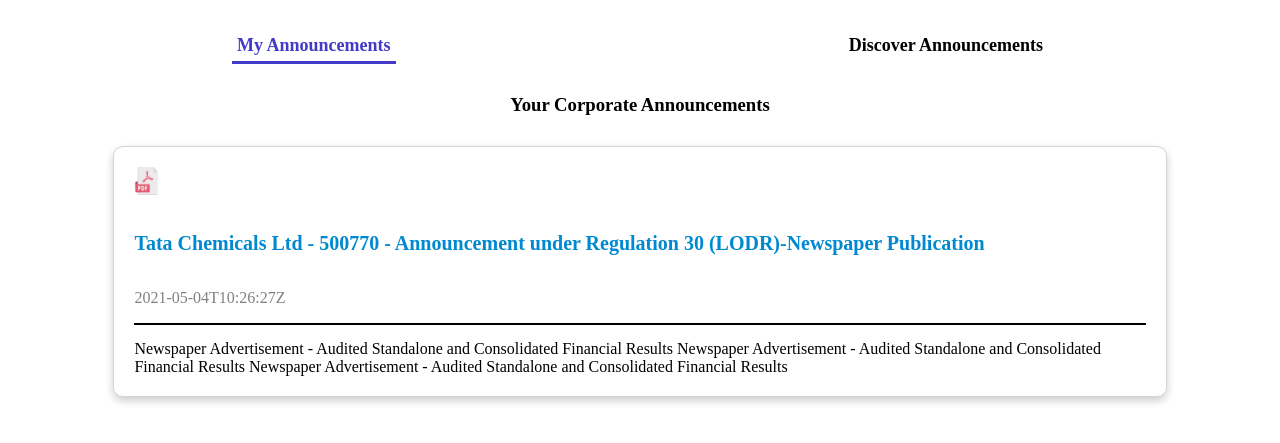
Repository: bhumikagohil/announcements
Page: announcements_tabs/index.html
An editor plug-in stored every save of this project. The page is shown before and after the next save, followed by the edit.
The browser window is 1280 px wide. The pictures show the whole page.
The page's requests for data from a server got no answer.

Above is the page before, as saved 2021-05-13 14:12:14.

### announcements_tabs/index.html
<!DOCTYPE html>
<html lang="en">

<head>
    <meta charset="UTF-8">
    <meta name="viewport" content="width=device-width, initial-scale=1.0">
    <meta http-equiv="X-UA-Compatible" content="ie=edge">
    <link href="style.css" rel="stylesheet">

    <title>Corporate Announcements</title>
</head>
<script src="https://ajax.googleapis.com/ajax/libs/jquery/3.5.1/jquery.min.js"></script>

<script src="script.js" defer></script>

<body>

    <div class="container">
        <ul class="tabs">
            <li data-tab-target="#my-announcements" class="active tab">My Announcements</li>
            <li data-tab-target="#discover-announcements" class="tab" id="discover-tab">Discover Announcements</li>
        </ul>

        <div class="tab-content">
            <div id="my-announcements" data-tab-content class="active">
                <div class="container">
                    <h3 class="heading">Your Corporate Announcements</h3>
                </div>

                <div class="container" id="announcements-cards-container">
                    <div class="announcements-card" id=${item.news_id} style="    padding: 20px 20px;
                    box-shadow: 0 4px 8px 0 rgb(0 0 0 / 20%);
                    border: 1px solid #d3d3d3;
                    border-radius: 10px;
                    margin: auto;
                    margin-bottom: 10px;">

<a href="https://www.bseindia.com/xml-data/corpfiling/AttachLive/5c736c63-80a0-444f-b9a3-3539fa573147.pdf" style="text-decoration: none;">
    <img src="pdf.png" alt="Link" width="25" height="28">
    <h5 class="title" style="    font-size: 1.25rem; ">

                            Tata Chemicals Ltd - 500770 - Announcement under Regulation 30 (LODR)-Newspaper Publication
                        </h5>
                    </a>
                        <p class="time">
                            2021-05-04T10:26:27Z
                        </p>
                        <hr />
                        <div class="summary">
                            Newspaper Advertisement - Audited Standalone and Consolidated Financial Results
                            Newspaper Advertisement - Audited Standalone and Consolidated Financial Results
                            Newspaper Advertisement - Audited Standalone and Consolidated Financial Results

                        </div>
                    </div>
                </div>

            </div>
            <div id="discover-announcements" data-tab-content>
                <!-- Heading -->
                <div class="container">
                    <h3 class="heading">Discover Corporate Announcements</h3>
                </div>
                <!-- Autocomplete Bar -->
                <div class="container">
                    <form autocomplete="off" class="form">
                        <input id="input-field" placeholder="Search companies" type="text">
                        <ul class="autocomplete"></ul>
                    </form>
                </div>
                <!-- Cards Section -->
                <div class="container cards-container" id="discover-cards-container">
                </div>
            </div>

        </div>
    </div>

</body>

</html>

### announcements_tabs/style.css
[data-tab-content] {
  display: none;
}

.active[data-tab-content] {
  display: block;
}

.tabs {
  display: flex;
  justify-content: space-around;
  list-style-type: none;
  margin: 0;
  padding: 0;
}

.tab {
  cursor: pointer;
  padding: 5px;
  font-size: large;
  font-weight: bold;
}


.tab.active {
  color: #443ac8;
  border-bottom: 3px solid #443ac8;
}

.tab:hover {
  color: #443ac8;
}

/* Media Queries */
@media only screen and (max-width: 768px) {
  .tab {
    font-size: 10px;
  }
  .tab.active {
    border-bottom: 2px solid #443ac8;
  }
}

.container {
  width: 100%;
  margin: 30px auto;
}

.heading {
  text-align: center;
}

/*  ANNOUNCEMENTS */

.title {
  color: #0089d0;
}

.announcements-card {
  padding: 20px 20px;
  box-shadow: 0 4px 8px 0 rgba(0, 0, 0, 0.2);
  width: 80%;
  border: 1px solid #d3d3d3;
  border-radius: 10px;
  margin: auto;

  margin-bottom: 10px;
}

.announcements-card:hover {
  box-shadow: 0 8px 16px 0 rgba(0, 0, 0, 0.2);
}

hr {
  display: block;
  border: none;
  height: 2px;
  background-color: #000;
}

.time {
  /* font-size: 14px; */
  color: #858080;
}

.summary {
  overflow-x: auto;
  margin-top: 15px;
  /* font-size: 16px; */
}

/* DISCOVER ANNOUNCEMENTS */

/* Input Bar */
.form {
  width: 100%;
}

#input-field {
  position: absolute;
  width: 80%;
  /* height: 35px; */
  border-right: none;
  padding: 10px;
  border-radius: 4px;
  border: 1px solid #aab7ca;
}

input[type="text" i] {
  font-size: 14px;
}

/* Autocomplete Bar */
.autocomplete {
  width: 100%;
  position: absolute;
  background: #fff;
  list-style-type: none;
  margin-top: 48px;
  padding-left: 0;
  /* margin-left: auto; */
  z-index: 10;
}

.autocomplete-items {
  display: flex;
  padding: 0px 10px;
  cursor: pointer;
  border: 1px solid #d4d4d4;
  border-top: none;
}

.autocomplete-items:hover {
  background-color: #e9e9e9;
}

.autocomplete-title {
  margin-right: 20px;
  font-size: 14px;
}

.add-button {
  width: 50px;
  height: 26px;
  text-align: center;
  cursor: pointer;
  color: #fff;
  background-color: #4caf50;
  margin: auto 0 auto auto;
  border: none;
}

/* Card  */

.cards-container {
  margin-top: 80px;
  z-index: 1;
}
.discover-card {
  padding: 2% 4%;
  box-shadow: 0 4px 8px 0 rgba(0, 0, 0, 0.2);
  border: 1px solid #d3d3d3;
  border-radius: 5px;
  margin: auto;
  margin-bottom: 10px;
  display: flex;
  flex-direction: row;
  justify-content: space-between;
  align-items: center;
}

.status-button {
  position: relative;
  border: none;
  color: white;
  padding: 5px 10px;
  height: 30px;
  width: 70px;
  text-align: center;
  text-decoration: none;
  display: inline-block;
  font-size: 12px;
  cursor: pointer;
  background-color: #f11e0f;
  z-index: 1;
}

/* Loader */
@keyframes spinner {
  to {
    transform: rotate(360deg);
  }
}

.spinner:before {
  content: "";
  position: absolute;
  width: 18px;
  height: 18px;
  margin-top: -10px;
  margin-left: -10px;
  margin-right: -10px;
  border-radius: 50%;
  border-top: 2px solid #fff;
  border-right: 2px solid transparent;
  animation: spinner 0.6s linear infinite;
  z-index: 4;
}

/* @media only screen and (min-width: 425px) {
  .autocomplete {
    width: 77%;
  }
}

@media only screen and (min-width: 768px) {
  .autocomplete {
    width: 78.3%;
  }
}

@media only screen and (min-width: 1024px) {
  .autocomplete {
    width: 78.7%;
  }
}
@media only screen and (min-width: 1440px) {
  .autocomplete {
    width: 79.2%;
  }
} */

### announcements_tabs/script.js
const tabs = document.querySelectorAll("[data-tab-target]");
const tabContents = document.querySelectorAll("[data-tab-content]");

tabs.forEach((tab) => {
  tab.addEventListener("click", () => {
    const target = document.querySelector(tab.dataset.tabTarget);
    tabContents.forEach((tabContent) => {
      tabContent.classList.remove("active");
    });
    tabs.forEach((tab) => {
      tab.classList.remove("active");
    });
    tab.classList.add("active");
    target.classList.add("active");
  });
});

// ANNOUNCEMENTS

const hostname = "165.22.217.142";

const endpoint = `http://localhost:8000/null`;

fetch(endpoint)
  .then(function (response) {
    return response.json();
  })
  .then(function (response) {
    if (response.length < 1) {
      $(".announcements-card").html(
        "You haven't added any companies yet.Please click on discover announcements to add companies to receive corporate announcements "
      );
    } else {
      const newCard = response.map((item) => {
        return `
                      <div class="announcements-card">
                          <h5 class="title"> ${item.title} </h5>
                          <p class="time"> ${item.disseminated_time}</p>
                          <hr/>
                          <div class="summary">
                              ${item.summary}
                          </div>
                      </div>
                  `;
      });

      document
        .querySelector("#announcements-cards-container")
        .insertAdjacentHTML("afterbegin", newCard);
    }
  })
  .catch(function (err) {
    console.log("error: " + err);
  });

// DISCOVER ANNOUNCEMENTS

var query,
  company_cards_present = [];

const min_query_length = 3;
const spinner = `<div class="spinner"></div>`;

$(document).ready(function () {
  $("#input-field").on("input", function () {
    query = $(this).val();
    if (query.length >= min_query_length) {
      //   Fetching Autocomplete Sugguestions
      fetchData(
        `http://${hostname}/corpann/api/autocomplete/?search=${query}`,
        renderAutocompleteItem
      );
    } else {
      $(".autocomplete").empty();
    }
  });
});

// Fetching Followed Companies
$('#discover-tab').one("click", function () {
  // $("#loadingMessage").css('padding-top', '6%');
  console.log("clicked")
});


function fetchFollowedCompanies() {
  fetchData(
    `http://${hostname}/corpann/api/company/following/`,
    renderFollowedCompanies
  );
}

// Render Followed Companies

function renderFollowedCompanies(data) {
  data.map((item) => {
    createCard(item.company_name, item.scrip_id, "Unfollow");
  });
}

// Autocomplete Items

function renderAutocompleteItem(data) {
  var filtered_autocomplete_sugguestions = data.filter(
    (item) => !company_cards_present.includes(item.scrip_id)
  );

  var new_autocomplete_item = filtered_autocomplete_sugguestions
    .map((item) => {
      return `
                      <li class="autocomplete-items" onclick="createCard('${item.company_name}','${item.scrip_id}')">
                      <span  onclick="con('${item.company_name}','${item.scrip_id}')">
                         <p class="autocomplete-title"> ${item.company_name}</p>
                          <button id="${item.scrip_id}" class="add-button" onclick="createCard('${item.company_name}','${item.scrip_id}')">Add</button>
                     </span>
                          </li>
                  `;
    })
    .join("\n");

  $(".autocomplete").empty();

  document
    .querySelector(".autocomplete")
    .insertAdjacentHTML("afterbegin", new_autocomplete_item);
}

// Creating New Card
function createCard(name, id, text) {
  company_cards_present.push(parseInt(id));

  const card = `
                  <div class="discover-card" id="${id}">
                      <h5 class="card-title"> ${name} </h5>
                      <button class="status-button" onclick="removeCard('${id}', this)">
                       ${text || spinner}
                      </button>
                  </div>
              `;

  $(".autocomplete").empty();

  $("#input-field").val("");

  document
    .querySelector("#discover-cards-container")
    .insertAdjacentHTML("afterbegin", card);

  getCompanyStatus(name, id);
}

// Fetching Company Status

function getCompanyStatus(name, id) {
  fetchData(
    `http://${hostname}/corpann/api/follow/?company=${id}`,
    checkStatus
  );
}

function checkStatus(data) {
  if (data.company_status === "Confirmed") {
    $("#" + data.scrip_id)
      .children("button")
      .html("Unfollow");
  } else {
    card = $("#discover-cards-container").children().first();
    card
      .children("button")
      .html("Try again")
      .css("background-color", "#4caf50");
    setTimeout(() => {
      removeGivenCard(card);
    }, 1000);
    company_cards_present.splice(
      company_cards_present.indexOf(card.attr("id")),
      1
    );
  }
}

function removeGivenCard(card) {
  card.remove();
}

// Removing Card on Unfollow

function removeCard(id, obj) {
  $(obj).html(spinner);
  company_cards_present = company_cards_present.filter(function (e) {
    return e !== parseInt(id);
  });
  fetchData(
    `http://${hostname}/corpann/api/unfollow/?company=${id}`,
    checkUnfollowStatus
  );
}

function checkUnfollowStatus(data) {
  if (data.company_status === "Confirmed") {
    $("#" + data.scrip_id).remove();
  } else {
    $("#status-button").html("Unfollow");
  }
}
// Fetch Function

function fetchData(endpoint, onSuccess) {
  fetch(endpoint)
    .then(function (response) {
      return response.json();
    })
    .then(function (response) {
      onSuccess(response.data);
    })
    .catch(function (err) {
      console.log(err);
    });
}

async function postData(url = "", data = {}, onSuccess) {
  // Default options are marked with *
  const response = await fetch(url, {
    method: "POST", // *GET, POST, PUT, DELETE, etc.
    mode: "cors", // no-cors, *cors, same-origin
    cache: "no-cache", // *default, no-cache, reload, force-cache, only-if-cached
    credentials: "same-origin", // include, *same-origin, omit
    headers: {
      "Content-Type": "application/json",
      // 'Content-Type': 'application/x-www-form-urlencoded',
    },
    redirect: "follow", // manual, *follow, error
    referrerPolicy: "no-referrer", // no-referrer, *no-referrer-when-downgrade, origin, origin-when-cross-origin, same-origin, strict-origin, strict-origin-when-cross-origin, unsafe-url
    body: JSON.stringify(data), // body data type must match "Content-Type" header
  })
    .then(function (response) {
      return response.json(); // parses JSON response into native JavaScript objects
    })
    .then(function (response) {
      onSuccess(response.data);
    })
    .catch(function (err) {
      console.log("error: " + err);
    });
}

After the next save:
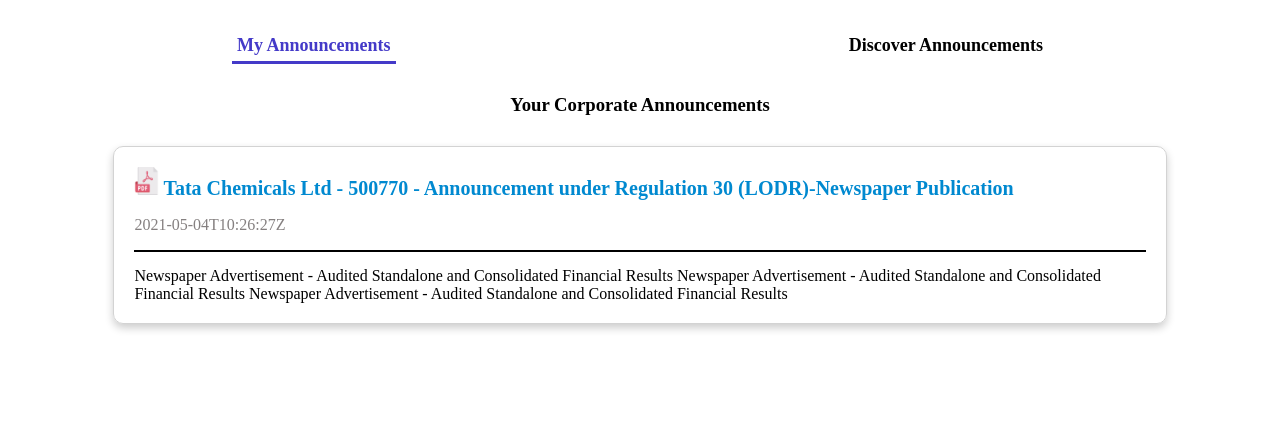
Saved 17 s later.
--- a/announcements_tabs/index.html
+++ b/announcements_tabs/index.html
@@ -37,7 +37,7 @@
 
 <a href="https://www.bseindia.com/xml-data/corpfiling/AttachLive/5c736c63-80a0-444f-b9a3-3539fa573147.pdf" style="text-decoration: none;">
     <img src="pdf.png" alt="Link" width="25" height="28">
-    <h5 class="title" style="    font-size: 1.25rem; ">
+    <h5 class="title" style="display: inline;    font-size: 1.25rem; ">
 
                             Tata Chemicals Ltd - 500770 - Announcement under Regulation 30 (LODR)-Newspaper Publication
                         </h5>
